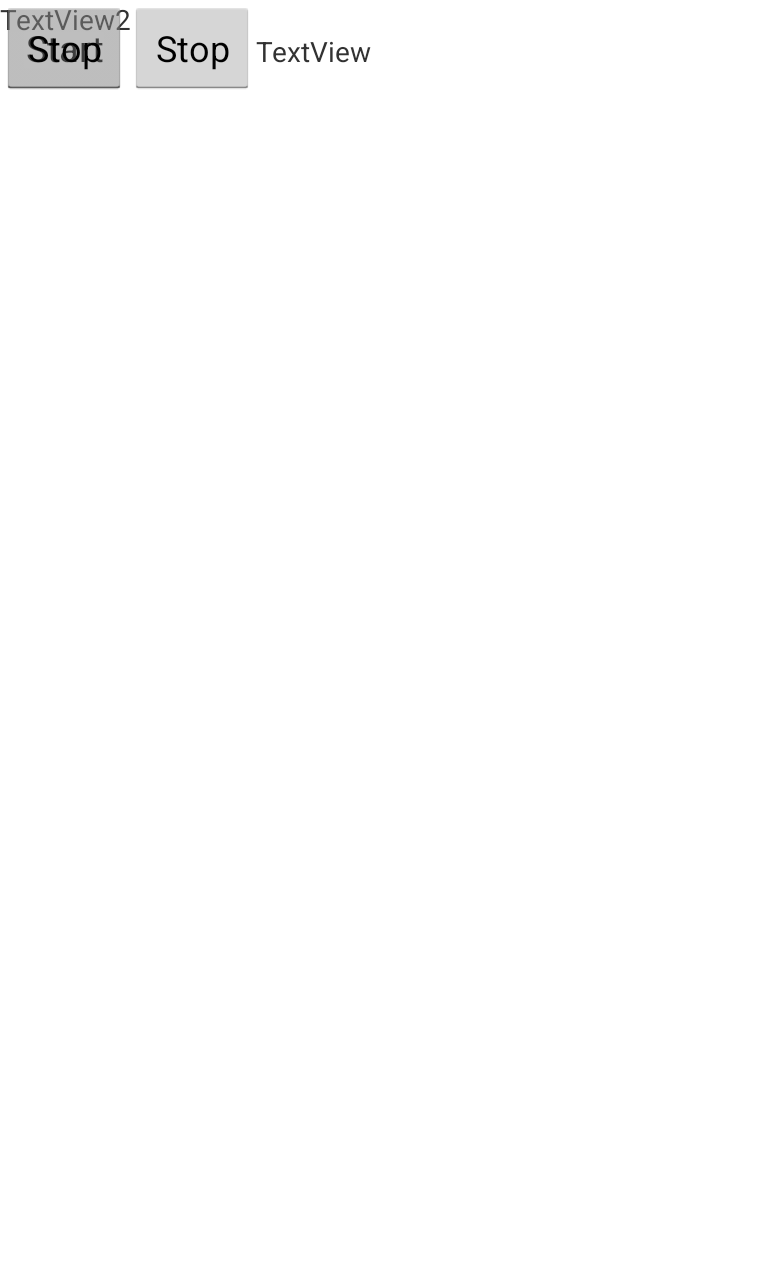
Repository: pcombi/android_dev
Layout: ExampleApp/res/layout/tabs.xml
An editor plug-in stored every save of this project. The layout is shown before and after the next save, followed by the edit.
It is drawn on a 768 x 1280 px phone screen (xhdpi) without system bars, with theme AppTheme; the app's code is not run.

Above is the layout before, as saved 2012-12-24 22:35:18.

### ExampleApp/res/layout/tabs.xml
<?xml version="1.0" encoding="utf-8"?>
<LinearLayout xmlns:android="http://schemas.android.com/apk/res/android"
    android:layout_width="match_parent"
    android:layout_height="match_parent"
    android:orientation="vertical" >

    <TabHost
        android:id="@+id/tabhost"
        android:layout_width="match_parent"
        android:layout_height="match_parent" >

        <LinearLayout
            android:layout_width="match_parent"
            android:layout_height="match_parent"
            android:orientation="vertical" >

            <TabWidget
                android:id="@android:id/tabs"
                android:layout_width="match_parent"
                android:layout_height="wrap_content" >
            </TabWidget>

            <FrameLayout
                android:id="@android:id/tabcontent"
                android:layout_width="match_parent"
                android:layout_height="match_parent" >

                <LinearLayout
                    android:id="@+id/tab1"
                    android:layout_width="match_parent"
                    android:layout_height="match_parent" >

                    <Button
                        android:id="@+id/bStartWatch"
                        android:layout_width="wrap_content"
                        android:layout_height="wrap_content"
                        android:text="Start" />

                    <Button
                        android:id="@+id/bStopWatch"
                        android:layout_width="wrap_content"
                        android:layout_height="wrap_content"
                        android:text="Stop" />

                    <TextView
                        android:id="@+id/tvShowResults"
                        android:layout_width="wrap_content"
                        android:layout_height="wrap_content"
                        android:text="TextView" />

                </LinearLayout>

                <LinearLayout
                    android:id="@+id/tab2"
                    android:layout_width="match_parent"
                    android:layout_height="match_parent" >

                    <TextView
                        android:id="@+id/textView2"
                        android:layout_width="wrap_content"
                        android:layout_height="wrap_content"
                        android:text="TextView2" />
                </LinearLayout>

                <LinearLayout
                    android:id="@+id/tab3"
                    android:layout_width="match_parent"
                    android:layout_height="match_parent" >

                    <Button
                        android:id="@+id/bStopWatch"
                        android:layout_width="wrap_content"
                        android:layout_height="wrap_content"
                        android:text="Stop" />
                </LinearLayout>
            </FrameLayout>
        </LinearLayout>
    </TabHost>

</LinearLayout>

Loaded but not shown: ExampleApp/res/values/styles.xml (common file); ExampleApp/res/values-v11/styles.xml (common file); ExampleApp/res/values-v14/styles.xml (common file)

After the next save:
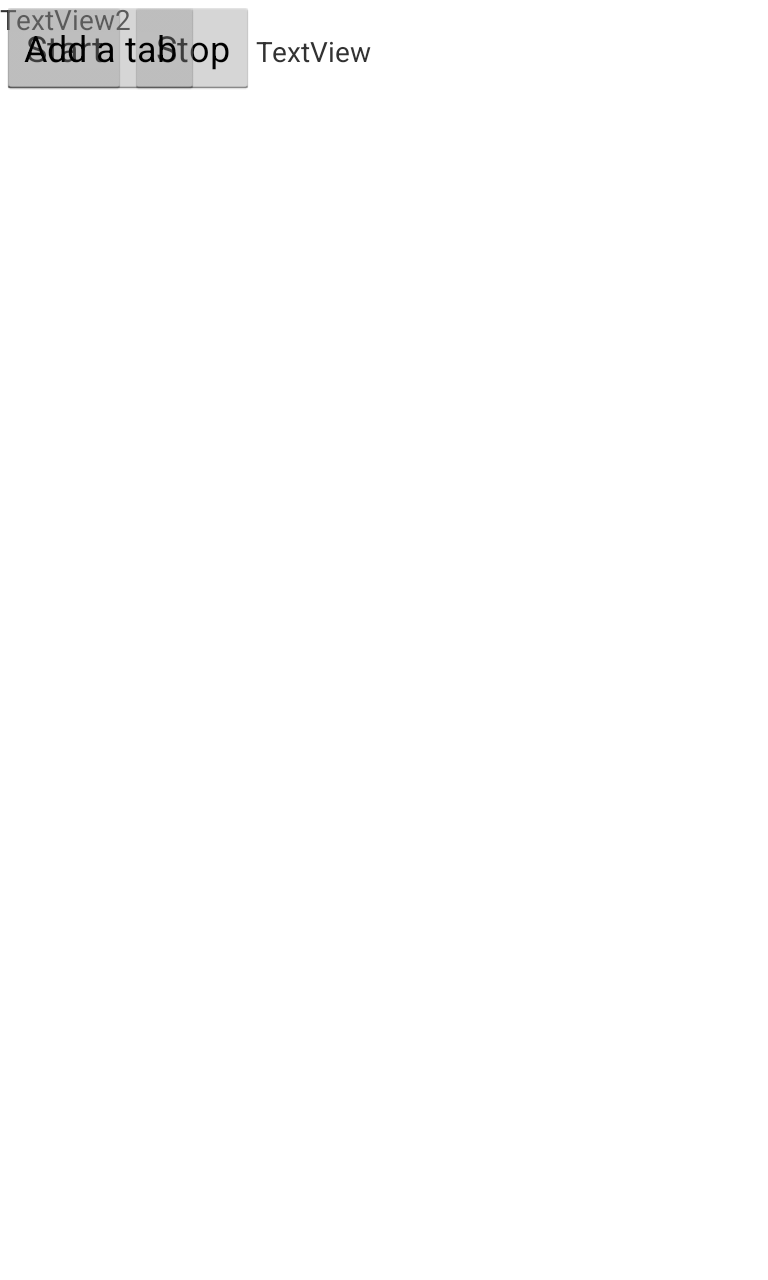
Saved 39 s later.
--- a/ExampleApp/res/layout/tabs.xml
+++ b/ExampleApp/res/layout/tabs.xml
@@ -68,10 +68,10 @@
                     android:layout_height="match_parent" >
 
                     <Button
-                        android:id="@+id/bStopWatch"
+                        android:id="@+id/bAddTab"
                         android:layout_width="wrap_content"
                         android:layout_height="wrap_content"
-                        android:text="Stop" />
+                        android:text="Add a tab" />
                 </LinearLayout>
             </FrameLayout>
         </LinearLayout>
